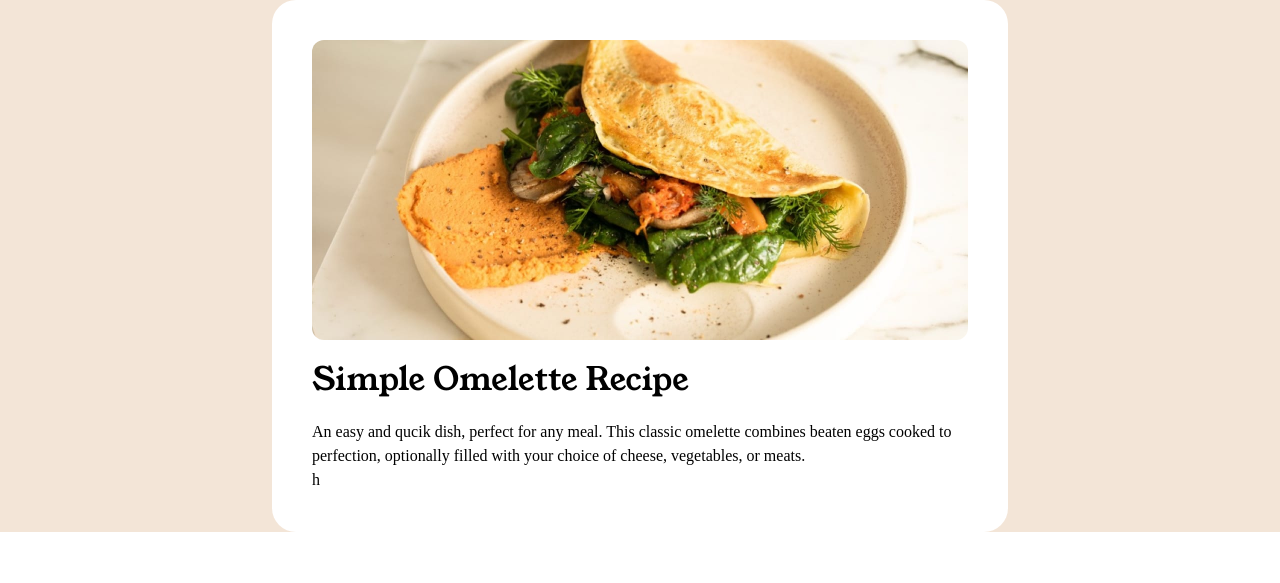
Repository: brandontaylor1/recipe-page
Page: index.html
These files come from the project's save history. The page is drawn as it stood at one moment and after the next save; the edit follows.
The browser window is 1280 px wide. The pictures show the whole page.

Above is the page before, as saved 2024-12-28 21:50:16.

### index.html
<!DOCTYPE html>
<html lang="en">
<head>
    <meta charset="UTF-8">
    <meta name="viewport" content="width=device-width, initial-scale=1.0">
    <link rel="preconnect" href="https://fonts.googleapis.com">
    <link rel="preconnect" href="https://fonts.gstatic.com" crossorigin>
    <link href="https://fonts.googleapis.com/css2?family=Outfit:wght@100..900&family=Young+Serif&display=swap" rel="stylesheet">
    <link rel="stylesheet" href="styles.css">
    <title>Recipe Page</title>
</head>
<body>
    <main class="container">
        <div class="recipe-card">
            <div class="recipe-title-content">
                <img src="./assets/images/image-omelette.jpeg" alt="recipe-image">
                <h1>Simple Omelette Recipe</h1>
                <p>An easy and qucik dish, perfect for any meal. This classic omelette combines beaten eggs cooked to perfection, optionally filled with your choice of cheese, vegetables, or meats. </p>
            </div>
            <div class="preparation-container">
                h
            </div>
        </div>


    </main>



    <script src="index.js"></script>
</body>
</html>

### styles.css
*,
*::before,
*::after {
    box-sizing: border-box;
}

body,
h1,
h2,
h3,
h4,
h5,
h6,
p,
figure,
picture {
    margin: 0;
}

body {
    line-height: 1.5;
    min-height: 100vh;
}

img,
picture {
    max-width: 100%;
    display: block;
}

input,
button,
textarea,
select {
    font: inherit;
}

@media (prefers-reduced-motion: reduce) {
    *,
    *::before,
    *::after {
      animation-duration: 0.01ms !important;
      animation-iteration-count: 1 !important;
      transition-duration: 0.01ms !important;
      scroll-behavior: auto !important;
    }
  }

  /* UTILITY CLASSES */
  /* .flex{
    display: flex;
    gap: var(--gap, 1rem);
  }

  .grid {
    display: grid;
    gap: var(--gap, 1rem);
  }

  .container {
    padding: 0 2rem;
    margin: 0 auto;
    max-width: 80rem;
  }

  .sr-only {
    position: absolute;
    width: 1px;
    height: 1px;
    padding: 0;
    margin: -1px;
    overflow: hidden;
    clip: rect(0, 0, 0, 0);
    white-space: nowrap;
    border-width: 0;
  }

  .backgroundColor {
    background-color: var(--color-rose-50);
  } */




:root {
    /* COLORS */
    --color-rose-800: #7A284E;
    --color-rose-50: #FFF7FB;

    --color-stone-900: #312E2C;
    --color-stone-600: #5F564D;
    --color-stone-150: #E3DDD7;
    --color-stone-100: #F3E5D7;

    --color-brown-800: #854632;

    --color-white: #FFFFFF;
    --color-black: #000000;

    /* FONTS */
    /* @font-face {
        font-family: "YoungSerif-Regular", sans-serif;
        src: url(./fonts/YoungSerif-Regular.ttf) format('ttf');
    }

    @font-face {
        font-family: "Outfit-SemiBold", sans-serif;
        src: url(./fonts/Outfit-SemiBold.ttf) format('ttf');
    }

    @font-face {
        font-family: "Outfit-Bold", sans-serif;
        src: url(./fonts/Outfit-Bold.ttf) format('ttf');
    }

    @font-face {
        font-family: "Outfit-Regular", sans-serif;
        src: url(./fonts/Outfit-Regular.ttf) format('ttf');
    } */

    /* FONT SIZES */
    /* --fs-h1: 9.375rem;
    --fs-h2: 1.75rem;
    --fs-h3: 1.25rem;
    --fs-p: 1rem; */

}

.container {
    display: flex;
    flex-direction: column;
    align-items: center;
    justify-content: center;
    padding: 0 2rem;
    margin: 0 auto;
    max-width: 80rem;
    background-color: var(--color-stone-100);

}

.recipe-card {
    width: 736px;
    padding: 40px;
    background-color: var(--color-white);
    border-radius: 24px;

}

.recipe-card img {
    width: 100%;
    border-radius: 12px;
}

.recipe-card h1 {
    padding: 1rem 0;
    font-family: "Young Serif", sans-serif;
    font-weight: 200;
}

.receipt

Loaded but not shown: index.js (common file)

After the next save:
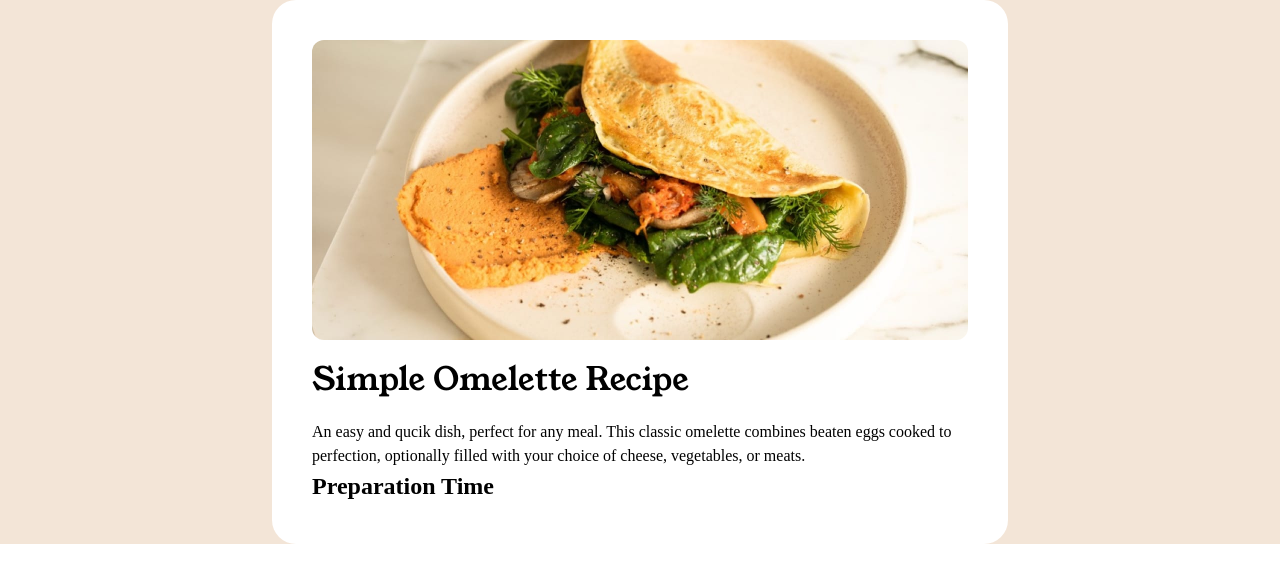
Saved 7 s later.
--- a/index.html
+++ b/index.html
@@ -18,7 +18,7 @@
                 <p>An easy and qucik dish, perfect for any meal. This classic omelette combines beaten eggs cooked to perfection, optionally filled with your choice of cheese, vegetables, or meats. </p>
             </div>
             <div class="preparation-container">
-                h
+                <h2>Preparation Time</h2>
             </div>
         </div>
 
